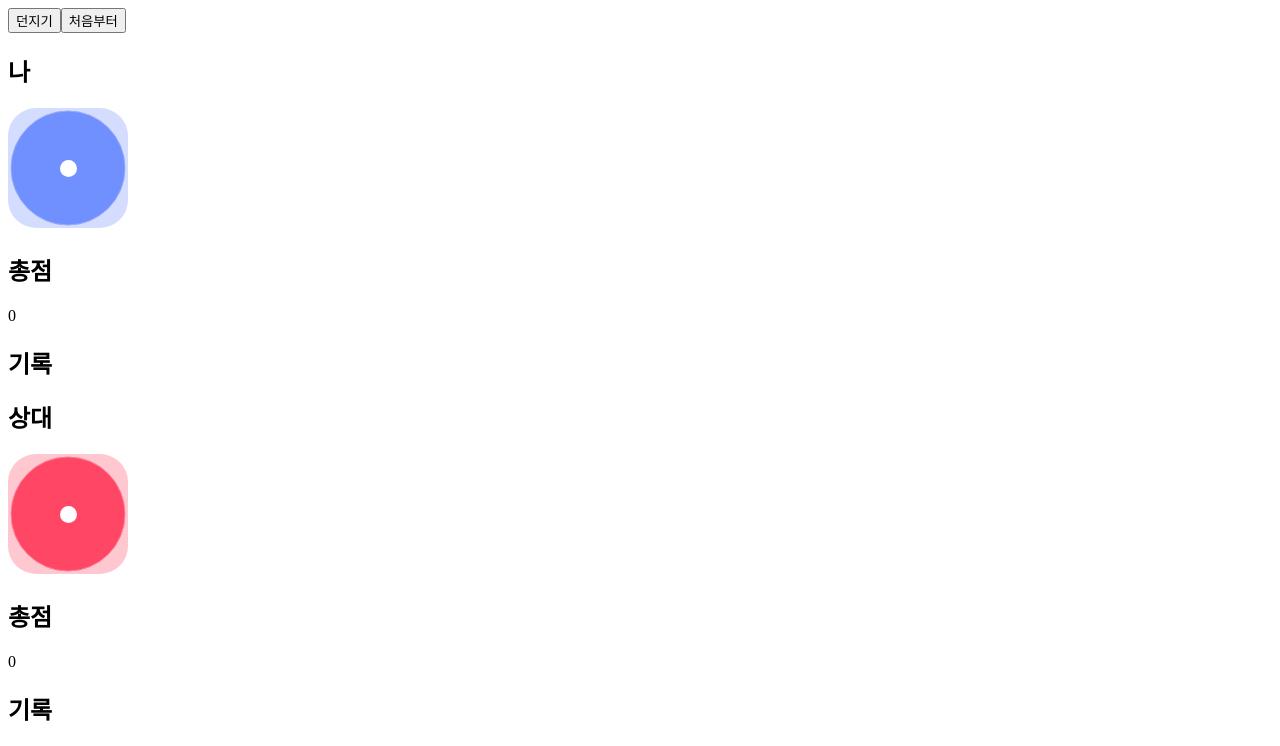
Repository: songjiwon17/React_study
Page: /
These files come from the project's save history. The page is drawn as it stood at one moment and after a run of saves; the edit follows.
The browser window is 1280 px wide. The pictures show the whole page.
The project was rebuilt for these pictures with package versions that can differ from the ones it lists, and the page was loaded fresh each time.

Above is the page before, as saved 2023-09-16 20:20:38.

### public/index.html
<!DOCTYPE html>
<html lang="ko">
  <head>
    <meta charset="utf-8" />
    <title>주사위게임</title>
  </head>
  <body>
    <div id="root"></div>
  </body>
</html>

### src/index.js
import ReactDOM from 'react-dom/client';
import Dice from './Dice';
import App from './App';

const root = ReactDOM.createRoot(document.getElementById('root'));
root.render(
    <App></App>
);

### src/Dice.js
import diceBlue01 from "./assets/dice-blue-1.svg";
import diceBlue02 from "./assets/dice-blue-2.svg";
import diceBlue03 from "./assets/dice-blue-3.svg";
import diceBlue04 from "./assets/dice-blue-4.svg";
import diceBlue05 from "./assets/dice-blue-5.svg";
import diceBlue06 from "./assets/dice-blue-6.svg";
import diceRed01 from "./assets/dice-red-1.svg";
import diceRed02 from "./assets/dice-red-2.svg";
import diceRed03 from "./assets/dice-red-3.svg";
import diceRed04 from "./assets/dice-red-4.svg";
import diceRed05 from "./assets/dice-red-5.svg";
import diceRed06 from "./assets/dice-red-6.svg";

const DICE_IMAGES = {
    blue: [diceBlue01, diceBlue02, diceBlue03, diceBlue04, diceBlue05, diceBlue06],
    red: [diceRed01, diceRed02, diceRed03, diceRed04, diceRed05, diceRed06]
};

function Dice({color = "blue" ,num = 1}){
    const src = DICE_IMAGES[color][num -1];
    const alt = `${color} ${num}`;
    return <img src={src} alt={alt}/>;
}
export default Dice;

### src/App.js
import { useState } from "react";
import Board from "./Board";
import Button from "./Button";

function random(n){
    return Math.ceil(Math.random() * n);
}

function App(){
    const [myHistory, setMyHistory] = useState([]);
    const [otherHistory, setOtherHistory] = useState([]);

    const handleRollClick = ()=>{
        const nextMyNum = random(6);
        const nextOtherNum = random(6);
        setMyHistory([...myHistory, nextMyNum]);
        setOtherHistory([...otherHistory, nextOtherNum]);
    }
    const handleClearClick = () =>{
        setMyHistory([]);
        setOtherHistory([]);
    }

    return(
        <div>
            <div>
                <Button onClick={handleRollClick}>던지기</Button>
                <Button onClick={handleClearClick}>처음부터</Button>
            </div>
            <div>
                <Board name="나" color="blue" gameHistory={myHistory}/>
                <Board name="상대" color="red" gameHistory={otherHistory} />
            </div>
        </div>
    )
}
export default App;

### src/Board.js
import { useState } from "react";
import Button from "./Button";
import Dice from "./Dice";

function Board({name, color, gameHistory}){
    const num = gameHistory[gameHistory.length -1] || 1;
    const sum = gameHistory.reduce((a,b) => a+b,0);

    return(
        <div>
            <h2>{name}</h2>
            <Dice color={color} num = {num}/>
            <h2>총점</h2>
            <p>{sum}</p>
            <h2>기록</h2>
            <p>{gameHistory.join(', ')}</p>
        </div>
    )
}
export default Board;

### src/Button.js
const style = {
    속성: '값',
};
function Button({children ,onClick}){
    return <button style={style} onClick={onClick}>{children}</button>
}
export default Button;

After the next 2 saves:
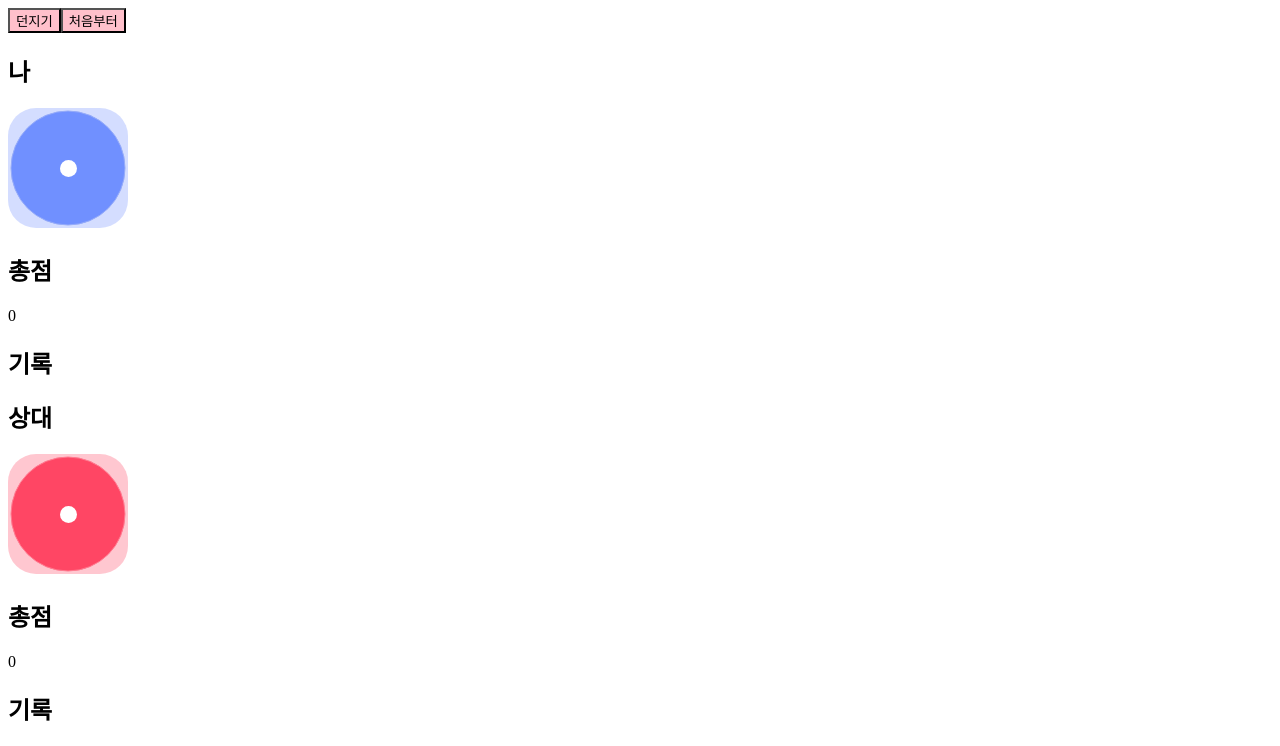
The 2 saves are shown as one change because 1 did not build or start.
The last was saved 60 s later.
--- a/src/Button.js
+++ b/src/Button.js
@@ -1,5 +1,5 @@
 const style = {
-    속성: '값',
+    backgroundColor: 'pink',
 };
 function Button({children ,onClick}){
     return <button style={style} onClick={onClick}>{children}</button>
